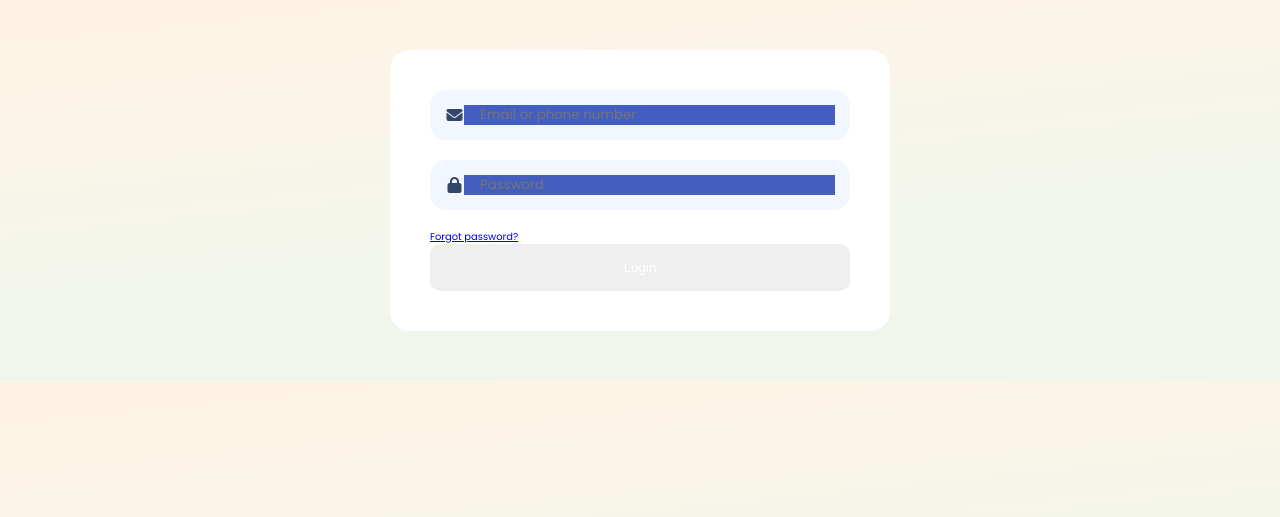
Repository: VuTuanAnh0949/loginForm
Page: index.html
An editor plug-in stored every save of this project. The page is shown before and after the next save, followed by the edit.
The browser window is 1280 px wide. The pictures show the whole page.

Above is the page before, as saved 2022-04-15 20:55:09.

### index.html
<!DOCTYPE html>
<html lang="en">
<head>
  <meta charset="UTF-8">
  <meta http-equiv="X-UA-Compatible" content="IE=edge">
  <meta name="viewport" content="width=device-width, initial-scale=1.0">
  <link
  href="https://fonts.googleapis.com/css2?family=Poppins:wght@300;400;600&display=swap"
  rel="stylesheet"
/>
<link rel="stylesheet" href="style.css">
<link rel="stylesheet" href="/fontawesome-free-6.1.1-web/css/all.css">
  <title>Login</title>
</head>
<body>
  <div class="login">
    <div class="login-field">
      <i class="fa-solid fa-envelope login-icon"></i>
      <input type="email" class="login-input" placeholder="Email or phone number">
    </div>
    <div class="login-field">
      <i class="fa-solid fa-lock login-icon"></i>
      <input type="password" class="login-input" placeholder="Password">
    </div>
    <a href="#" class="login__forgot--password">Forgot password?</a>
    <button class="login-submit">Login</button>
  </div>
</body>
</html>

### style.css
html{
  font-size: 62%;
  font-family: "Poppins", sans-serif;
}
*{
box-sizing: border-box;
}
body{
  background-image: linear-gradient( 174.2deg,  rgba(255,244,228,1) 7.1%, rgba(240,246,238,1) 67.4% );
}
.login{
width: 500px;
margin: 50px auto;
padding: 40px;
background-color: white;
border-radius: 20px;
}
.login-field{
  display: flex;
  align-items: center;
  background-color: #f2f7ff;
  padding: 15px;
  margin-bottom: 20px;
  border-radius: 16px;
}
.login-icon{
  color: #344667;
  font-size: 16px;
  width: 20px;
  text-align: center;

}
.login-input{
  font-family: "Poppins", sans-serif;
  border: 0;
  padding: 0 0 0 16px;
  background-color: transparent;
  width: 100%;
  outline: none;
  background-color: #435ebe;
}
.login-submit{
  color: white;
  border-radius: 10px;
  display: block;
  width: 100%;
  border: 0;
  padding: 16px 10px;
}

Loaded but not shown: fontawesome-free-6.1.1-web/css/all.css (library)

After the next save:
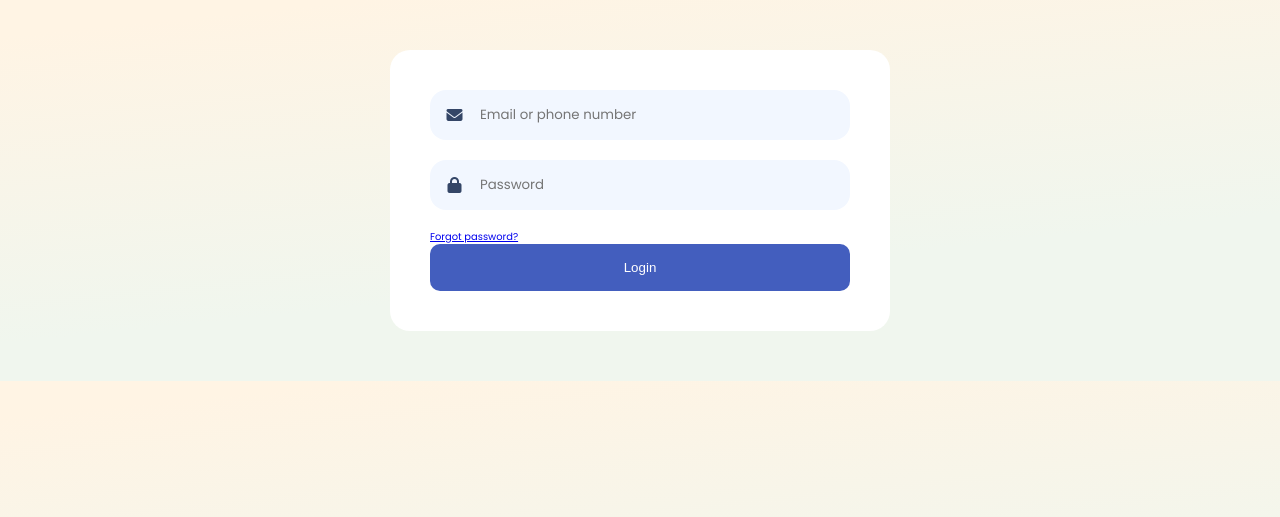
Saved 10 s later.
--- a/style.css
+++ b/style.css
@@ -37,7 +37,6 @@ border-radius: 20px;
   background-color: transparent;
   width: 100%;
   outline: none;
-  background-color: #435ebe;
 }
 .login-submit{
   color: white;
@@ -46,4 +45,5 @@ border-radius: 20px;
   width: 100%;
   border: 0;
   padding: 16px 10px;
+   background-color: #435ebe;
 }
